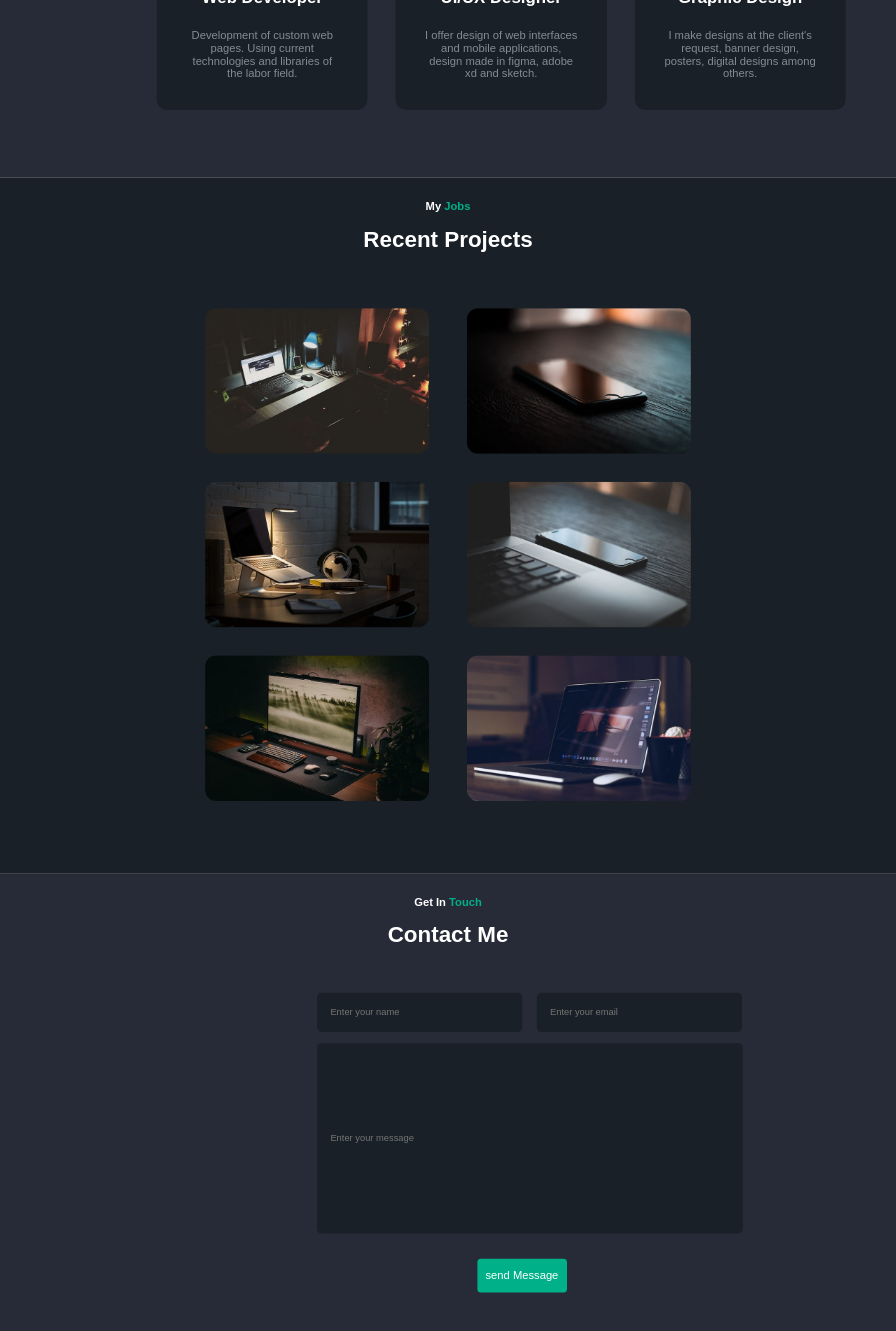
Repository: PraffulPatel27/Portfolio_2.0
Page: index.html
An editor plug-in stored every save of this project. The page is shown before and after a run of saves, followed by the edit.
The browser window is 1280 px wide. The pictures show the part of the page from y = 2066 to 3986 px (the page is 3968 px tall before and 3986 px after), at 70% of full size.

Above is the page before, as saved 2024-01-02 19:15:30.

### index.html
<!DOCTYPE html>
<html lang="en">
<head>
    <meta charset="UTF-8">
    <meta name="viewport" content="width=device-width, initial-scale=1.0">
    <title>Portfolio website complete</title>
    <link rel="stylesheet" href="style.css">
</head>
<body>

  <div class="container-first">
    <!-- /*********************** nav bar **************************/ -->
        <nav class="header">
            <h1>Portfolio</h1>

            <div class="nav-bar">
                <ul>
                    <li class="c1">Home</li>
                    <li> <a id="unique" href="#about">About</a></li>
                    <li>Services</li>
                    <li>Projects</li>
                    <li>Contact</li>
                </ul>
            </div>

        </nav>
        <!-- <div class="head-1"></div> -->



    <!-- /*********************** Section - 1 **************************/ -->
    <div class="first-main-content">
      <div class="left-content">
        <!-- <h1> Hi, </h1> -->
        <p class="ch"> Hello, </p>
        <p class="ch" id="bl"> I'm  </p>
        <h1 id="name-author"> Prafful Patel</h1>
        <h1> Front-end Developer </h1>

        <button class="btn"> Contact </button>
        <div class="social">
            <img src="images/insta.svg">
            <img src="images/fb.svg">
            <img src="images/github.svg">
        </div>
    </div>

   <img class="pic" src="images/profile-pic-circle.png">
   </div>


    <!-- /*********************** Section - 2 **************************/ -->
    <div class="section-2">
            <p class="heading-about"> About </p>

        <div class="front-2_under">
            <div class="left-content">
                <img class="left-img" src="images/image-portfolio.jpg">
            </div>

            <div class="right-para" id="about">
                <p class="heading-2"> I'am Prafful </p>
                <p class="description"> I'm Prafful Patel, a B.Tech. student specializing in AIML and
                    deiving into frontend development. With an unyielding passion
                    for emerging technologies, I'm committed to exploring the
                    digital frontier. My foundation in AIML, coupled with my
                    growing frontend skills, fuels my drive to push technological
                    boundaries and contribute to the ever-evolving tech
                    landscape. Thank you for visiting my portfolio; I eagerly
                    anticipate connecting with fellow enthusiasts and
                    organizations to shape the future of technology. </p>
            </div>
        </div>

    </div>


    <!-- /*********************** Section - 3 **************************/ -->

    <div class="section-3">
        <div class="bx-1">
            <p class="sm" > Favorite </p>
            <p class="sm" id="fsm"> Skills</p>
            <h1> My Skills</h1>

            <p class="skills-info">See fully what skills I have and perform, to
                develop the projects for you.</p>
            <button class="see-project"> See Projects </button>
        </div>

        <div class="bx-2">
          <div class="skill-nm">
            <p class="sl">01. </p>
            <p class="sl" id="lsm">HTML & CSS</p>
          </div>

          <div class="skill-nm">
            <p class="sl">02. </p>
            <p class="sl" id="lsm">JavaScript</p>
          </div>

          <div class="skill-nm">
            <p class="sl">03. </p>
            <p class="sl" id="lsm">Bootstrap</p>
          </div>

          <div class="skill-nm">
            <p class="sl">04. </p>
            <p class="sl" id="lsm">React</p>
          </div>
        </div>

        <div class="bx-2" id="bx-2_2">
            <div class="skill-nm">
                <p class="sl">05. </p>
                <p class="sl" id="lsm">Git & GitHub</p>
              </div>

              <div class="skill-nm">
                <p class="sl">06. </p>
                <p class="sl" id="lsm">Figma</p>
              </div>

              <div class="skill-nm">
                <p class="sl">07. </p>
                <p class="sl" id="lsm">C++</p>
              </div>
        </div>
    </div>


    <!-- /*********************** Section - 4 **************************/ -->
    <div class="section-4">
      <div class="head-4">
        <p class="sl" id="lsm">My</p>
        <p class="sl">Services</p>
      </div>

      <h1>What I Do</h1>

      <div class="do-box">
         <div class="box-1">
            <img src="./images/web-development.png">
            <h2>Web Developer</h2>
            <p>Development of custom web
                pages. Using current technologies
                and libraries of the labor field.</p>
         </div>

         <div class="box-1">
            <img src="./images/ui-ux-designe.svg">
            <h2>UI/UX Designer</h2>
            <p>I offer design of web interfaces and
                mobile applications, design made
                in figma, adobe xd and sketch.</p>
         </div>

         <div class="box-1">
            <img src="./images/graphic-design.png">
            <h2>Graphic Design</h2>
            <p>I make designs at the client's
                request, banner design, posters,
                digital designs among others.</p>
         </div>
      </div>
    </div>


    <!-- /*********************** Section - 5 **************************/ -->
    <div class="section-5">
        <div class="head-5">
          <p class="sl" id="lsm">My</p>
          <p class="sl">Jobs</p>
        </div>

        <h1>Recent Projects</h1>

        <div class="projects-box">
            <div class="pro-1">
               <img src="./images/project-img-1.jpg">
            </div>

            <div class="pro-1">
               <img src="./images/project-img-2.jpg">
            </div>

            <div class="pro-1">
               <img src="./images/project-img-3.jpg">
            </div>

            <div class="pro-1">
                <img src="./images/project-img-4.jpg">
            </div>

            <div class="pro-1">
                <img src="./images/project-img-5.jpg">
            </div>

            <div class="pro-1">
                <img src="./images/project-img-6.jpg">
            </div>

         </div>
    </div>


    <!-- /*********************** Section - 6 **************************/ -->
    <div class="section-6">
        <div class="head-6">
          <p class="sl" id="lsm">Get In </p>
          <p class="sl">Touch</p>
        </div>

        <h1>Contact Me</h1>

        <div class="contact">
          <div class="contact-box-1">
            <input type="name" class="fs-input" placeholder="Enter your name">
            <input type="email" class="fs-input" placeholder="Enter your email">
          </div>

          <div class="contact-box-2">
            <input type="text" id="contact-message" placeholder="Enter your message">
          </div>
        </div>
        <button class="contact-btn"> send Message </button>
    </div>


    <!-- /*********** footer section here ************/ -->
    <footer>

    </footer>


    <!-- <footer>
            <h4 class="f-h4"> Prafful </h4>
            <div class="fimg">
                <img class="fb" src="images/faceb.png">
                <img class="ins" src="images/instagram-logo.png">
                <img class="lid" src="images/linkedin (1).png">
                <img class="git" src="images/github (1).png">
            </div>
            <h3 class="f-h3"> Terms of Use . Privacy Policy </h3>
            <p class="fp"> © 2023 copyright all right reserved </p>
    </footer> -->

  </div>

</body>
</html>

### style.css
* {
    margin: 0;
    padding: 0;
    box-sizing: border-box;
    font-family: 'Poppins' , sans-serif;
    scroll-behavior: smooth;
    overflow-x: hidden;
}
.container-first {
    display: flex;
    flex-direction: column;
    flex-wrap: wrap;
    width: 100vw;
    align-items: center;
}
.main-con {
    margin-left: 10%;
    margin-right: 10%;
}

/*********************** Nav bar **************************/
.header {
    min-height: 90%;
    width: 100%;
    background-position: center;
    background-size: cover;
    position: relative;
    background-color: #192027;
    color: #fff;
}
nav {
    display: flex;
    padding: 1.6% 4%;
    align-items: center;
    justify-content: center;
}
.nav-bar {
    flex: 1;
    text-align: right;
}
.nav-bar ul li {
    list-style: none;
    display: inline-block;
    padding: 8px 18px;
    position: relative;
    /* font-weight: bold; */
    cursor: pointer;
    font-size: 0.88rem;
}
#unique {
    text-decoration: none;
    color: #fff;
}
#unique:hover {
    color: #00B089;
}
.nav-bar ul li::after  {
    content: '';
    width: 0%;
    height: 3.5px;
    background-color: #00B089;
    display: block;
    margin: auto;
    transition: 0.80s;
}
.nav-bar ul li:hover::after {
    width: 100%;
}
.nav-bar ul li:hover {
    color: #00B089;
}
nav h1 {
    font-size: 2rem;
    color: #00B089;
    margin-left: 1.7rem;
}

/*********************** Section - 1 **************************/
.first-main-content {
    width: 100%;
    background-color: #192027;
    padding-bottom: 7%;
    display: flex;
    justify-content: space-evenly;
    align-items: center;
    flex-direction: row;
    flex-wrap: wrap;
    align-items: center;
    /* border: 2px solid black; */
}
/* .head-1 {
    margin-top: -1.2%;
    opacity: 0.1;
    border: 0.8px solid black;
    width: 100%;
} */
.left-content {
    padding-top: 5%;
    padding-left: 10%;
    /* border: 2px solid black; */
}
.ch {
    display: inline;
    font-size: 33px;
    color: #fff;
}
#bl {
    color: #00B089;
}
#name-author {
    color: #00B089;
    margin-top: 1.2%;
    font-size: 3.3rem;
    margin-left: 0.1%;
}
.left-content h1 {
    line-height: 60px;
    color: #fff;
    font-size: 25px;
}
.btn {
    width: 10%;
    height: 3rem;
    margin-top: 7%;
    margin-left: 0.5%;
    border-radius: 10px;
    background: #00B089;
    border: none;
    cursor: pointer;
    color: white;
    font-size: 1rem;
    text-align: center;
}
.btn:hover {
    box-shadow: 0px 0px 30px #00B089;
    transition: 0.2s;
}
.social {
    margin-top: 4%;
    margin-left: -1%;
    /* border: 2px solid black; */
}
.social img {
    width: 3%;
    padding-left: 1%;
    cursor: pointer;
    /* background: none; */
}
.social img:hover {
    color: #00B089;
}
.pic {
    width: 20rem;
    margin-top:5%;
    margin-right: -62%;
    flex-wrap: wrap;
    position: absolute;
}

/*********************** Section - 2 **************************/
.section-2 {
    width: 100%;
    flex-wrap: wrap;
    align-items: center;
    display: flex;
    position: none;
    justify-content: space-evenly;
    background-color: #272A37;
    /* border: 2px solid red; */
}
.heading-about {
    text-align: center;
    margin-top: 5%;
    color: #00B089;
    font-size: 2.2rem;
    font-weight: 700;
    text-decoration: underline;
}
.front-2_under {
    display: flex;
    flex-direction: row;
    justify-content: space-evenly;
    align-items: center;
    margin-top: 2%;
    margin-left: 6.5%;
    margin-right: 9%;
    margin-bottom: 6%;
    /* border: 2px solid red; */
}
.left-content {
    flex: 1;
}
.left-content .left-img {
    width: 60%;
    max-width: 100%;
    height: auto;
    border-radius: 1%;
}
.right-para {
    flex: 1;
}
.heading-2 {
    font-size: 2.5rem;
    line-height: 70px;
    color: #fff;
}
.description {
    color: #858B96;
    letter-spacing: 1.5px;
    line-height: 28px;
    margin-top: 2%;
}

 /*********************** Section - 3 **************************/
 .section-3 {
    width: 100%;
    height: 28rem;
    padding-top: 5%;
    flex-wrap: wrap;
    display: flex;
    /* flex-direction: row; */
    padding-left: 10%;
    padding-right: 10%;
    background-color: #192027;
    /* border: 2px solid black; */
}
.sm {
    color: #fff;
    display: inline;
    font-weight: 700;
    font-size: 15px;
}
#fsm {
    color: #00B089;
}
.bx-1 h1 {
    margin-top: 2.8%;
    color: #fff;
}
.skills-info {
    color: #858B96;
    margin-top: 8%;
    margin-bottom: 4.5%;
    font-size: 15px;
}
.bx-1 {
    /* border: 2px solid green; */
    overflow: hidden;
    width: 38%;
    height: 94%;
    padding-top: 5%;
    padding-left: 12%;
    margin-right: 3%;
}
.see-project {
    width: 40%;
    height: 3rem;
    margin-top: 15%;
    margin-left: 0.5%;
    border-radius: 6px;
    background: #00B089;
    border: none;
    cursor: pointer;
    color: white;
    font-size: 0.88rem;
    text-align: center;
}
.see-project:hover {
    box-shadow: 0px 0px 30px #00B089;
    transition: 0.2s;
}

.bx-2 {
    /* border: 2px solid red; */
    width: 27%;
    margin-top: 8%;
    padding-left: 10%;
}
#bx-2_2 {
    padding-left: 3%;
}
.skill-nm {
    margin-bottom: 10%;
}
.sl {
    color: #00B089;
    display: inline;
}
#lsm {
    color: #fff;
}

/*********************** Section - 4 **************************/
.section-4 {
    width: 100%;
    /* height: 30rem; */
    background-color: #272A37;
    padding-bottom: 4rem;
}
.head-4 {
    text-align: center;
    font-weight: 700;
    margin-top: 2.5%;
}
.section-4 h1 {
    margin-top: 1.5%;
    text-align: center;
    color: #fff;
}
.do-box {
    /* border: 1.5px solid white; */
    display: flex;
    margin-top: 5rem;
    /* margin-left: 5rem; */
    /* margin-right: 5rem; */
    padding: 2rem 2rem 2rem 14rem;
}
.box-1 {
    /* border: 1.5px solid orange; */
    width: 21rem;
    height: 20rem;
    border-radius: 15px;
    margin-right: 2.5rem;
    background-color: #192027;
}

.box-1:hover {
    border: 1px solid #00B089;
}
.box-1 img {
    width: 12%;
    margin: 5rem 0 0 9.1rem;
}
.box-1 h2 {
    text-align: center;
    color: #fff;
    margin-top: 1.5rem;
}
.box-1 p {
    color: #858B96;
    margin-top: 2rem;
    text-align: center;
    padding-left: 2.5rem;
    padding-right: 2.5rem;
}

.section-5 {
    width: 100%;
    background-color:#192027;
    padding-bottom: 4rem;
}
.section-5 h1 {
    margin-top: 1.5%;
    text-align: center;
    color: #fff;
}
.head-5 {
    text-align: center;
    font-weight: 700;
    margin-top: 2.5%;
}
.projects-box {
    margin-top: 5rem;
    display: flex;
    flex-wrap: wrap;
    justify-content: space-evenly;
    padding-left: 15rem;
    padding-right: 15rem;
}
.pro-1 {
    /* border: 1px solid #00B089; */
    border-radius: 16px;
    width: 20rem;
    height: 13rem;
    margin-bottom: 2.5rem;
}
.pro-1 img {
    display: block;
    object-fit: cover;
    width: 100%;
    height: 100%;
    /* border-radius: 16px; */

}

.section-6 {
    width: 100%;
    background-color:#272A37;
    padding-bottom: 3.5rem;
}
.section-6 h1 {
    margin-top: 1.5%;
    text-align: center;
    color: #fff;
}
.head-6 {
    text-align: center;
    font-weight: 700;
    margin-top: 2.5%;
}
.contact {
    /* border: 1px solid #00B089; */
    margin-top: 3.5rem;
    /* height: 21rem; */
    /* padding-left: 25rem; */
}
.contact-box-1 {
    width: 40rem;
    margin-left: 27.8rem;
    padding: 0.5rem 0.5rem 0.5rem 0.5rem;
    /* border: 1px solid #00B089; */
}
.contact-box-2 {
    width: 40rem;
    margin-left: 27.8rem;
    padding: 0.5rem 0.5rem 0.5rem 0.5rem;
    /* border: 1px solid #00B089; */
}
.fs-input {
    width: 47%;
    height: 3.5rem;
    border-radius: 6.5px;
    background-color: #192027;
    color: #858B96;
    padding-left: 1.2rem;
    margin-right: 1rem;
    border: none;
}
.fs-input::after {
    border: none;
}
#contact-message {
    width: 38rem;
    height: 17rem;
    border: none;
    padding-left: 1.2rem;
    padding-top: -2rem;
    border-radius: 6.5px;
    background-color: #192027;
    color: #858B96;
}
.contact-btn {
    width: 10%;
    height: 3rem;
    margin-top: 2.2%;
    margin-left: 42.6rem;
    border-radius: 5px;
    background: #00B089;
    border: none;
    cursor: pointer;
    color: white;
    font-size: 1rem;
    text-align: center;
}
/* .contact-btn:hover {
    box-shadow: 0px 0px 30px #00B089;
    transition: 0.2s;
} */

.footer {
    width: 100%;
    height: 5rem;
    background-color: #192027;
    display: flex;
    justify-content: center;
    align-items: center;
    border: 1px solid #00B089;
}

After the next 2 saves:
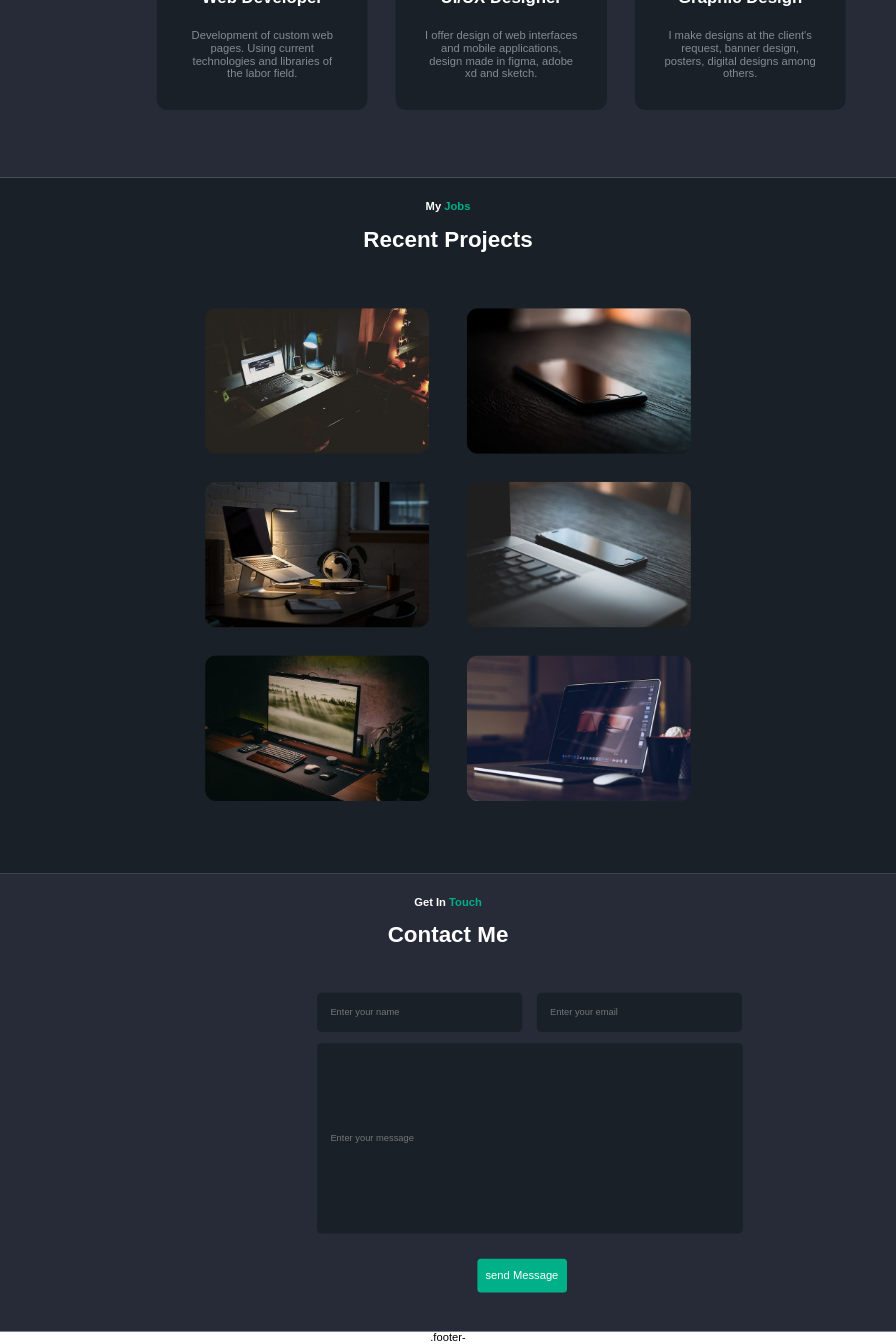
The 2 saves are shown as one change because they came seconds apart.
The last was saved 7 s later.
--- a/index.html
+++ b/index.html
@@ -229,7 +229,7 @@
 
     <!-- /*********** footer section here ************/ -->
     <footer>
-
+        .footer-
     </footer>
 
 

After the save that followed:
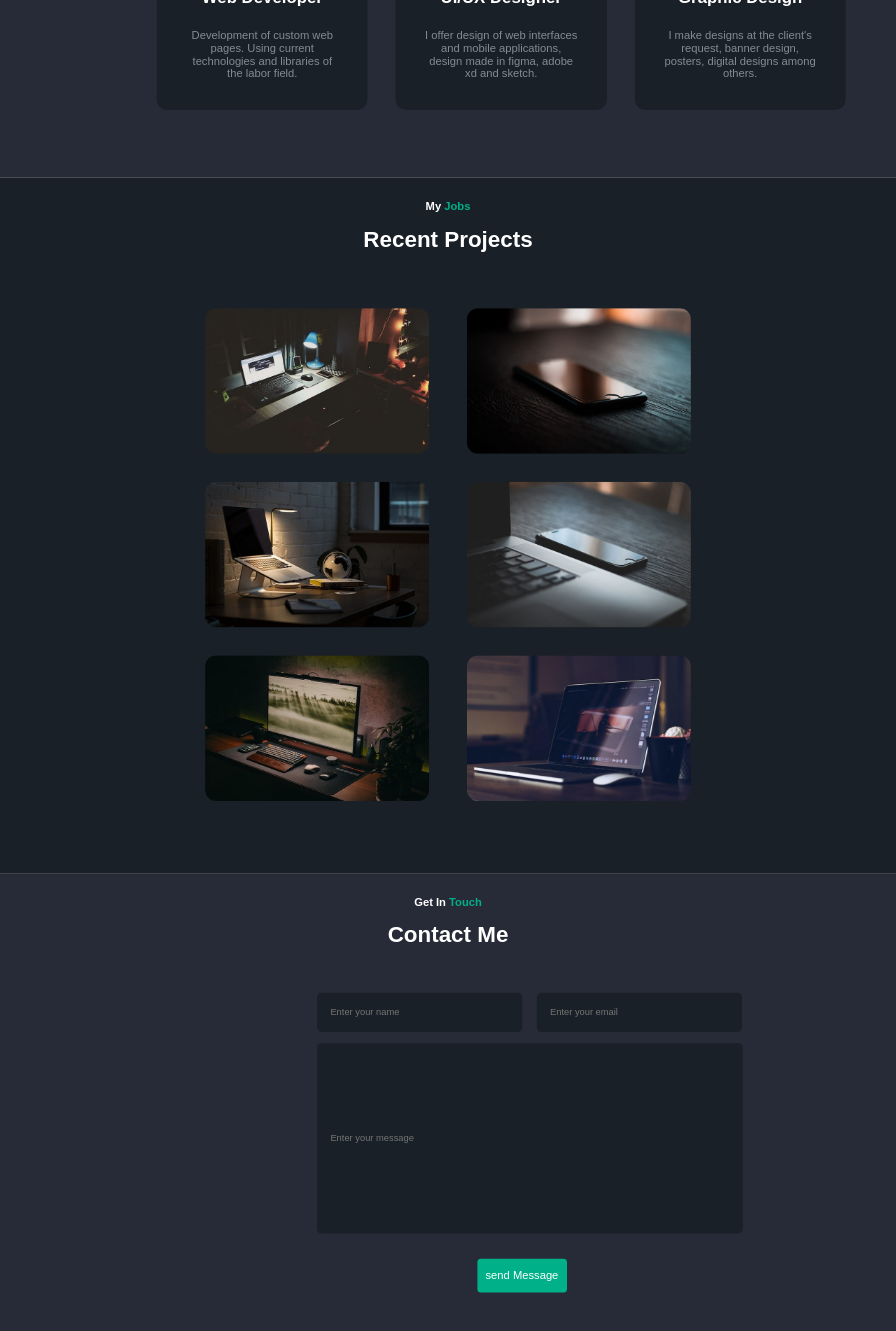
Saved 5 s later.
--- a/index.html
+++ b/index.html
@@ -229,7 +229,9 @@
 
     <!-- /*********** footer section here ************/ -->
     <footer>
-        .footer-
+        <div class="footer-box-1">
+
+        </div>
     </footer>
 
 
